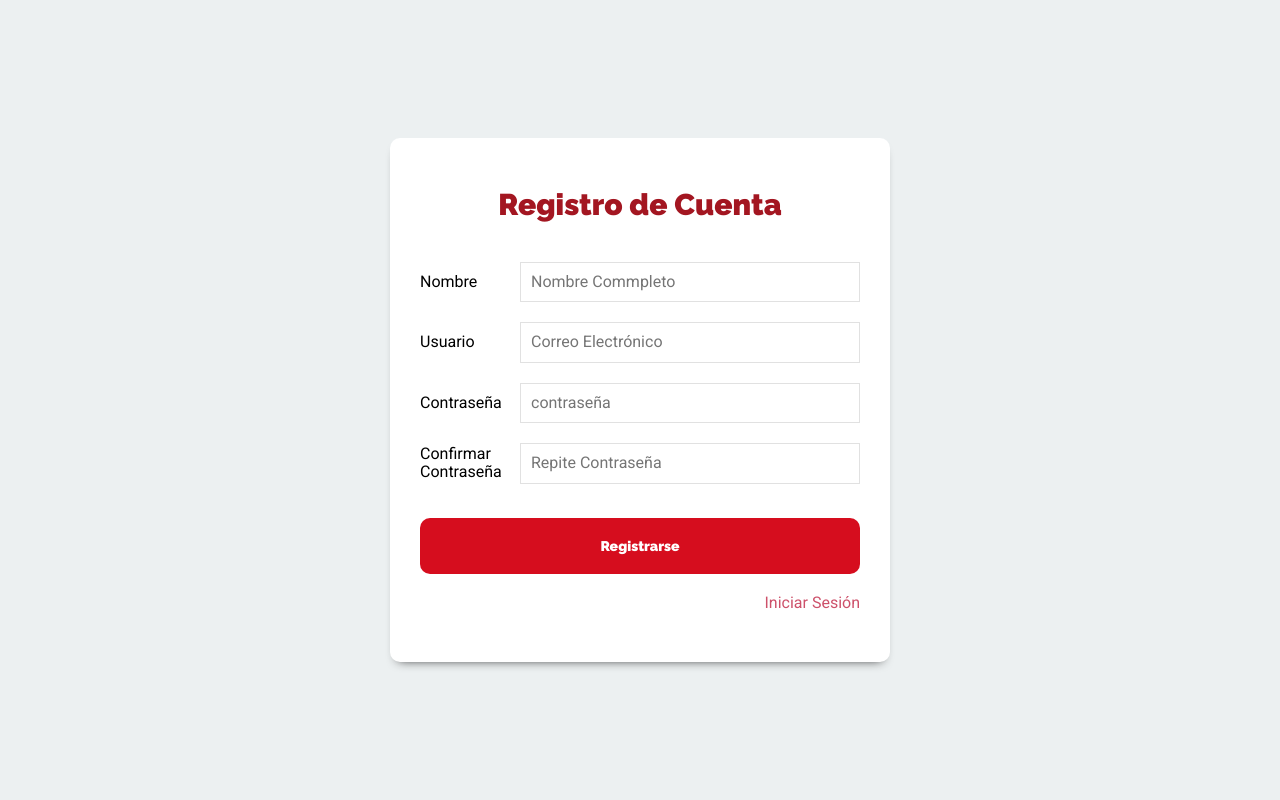
Repository: andrescovarrubias/admin-proyectos
Page: /nueva-cuenta (app in cliente/)
These files come from the project's save history. The page is drawn as it stood at one moment and after the next save; the edit follows.
The browser window is 1280 px wide. The pictures show the whole page.
The project was rebuilt for these pictures with package versions that can differ from the ones it lists, and the page was loaded fresh each time. Also part of the build but not shown: cliente/src/components/auth/Login.jsx, cliente/src/components/proyectos/NuevoProyecto.jsx, cliente/src/components/layout/SideBar.jsx, cliente/src/components/proyectos/Proyectos.jsx.

Above is the page before, as saved 2020-10-31 17:20:58.

After the next save:
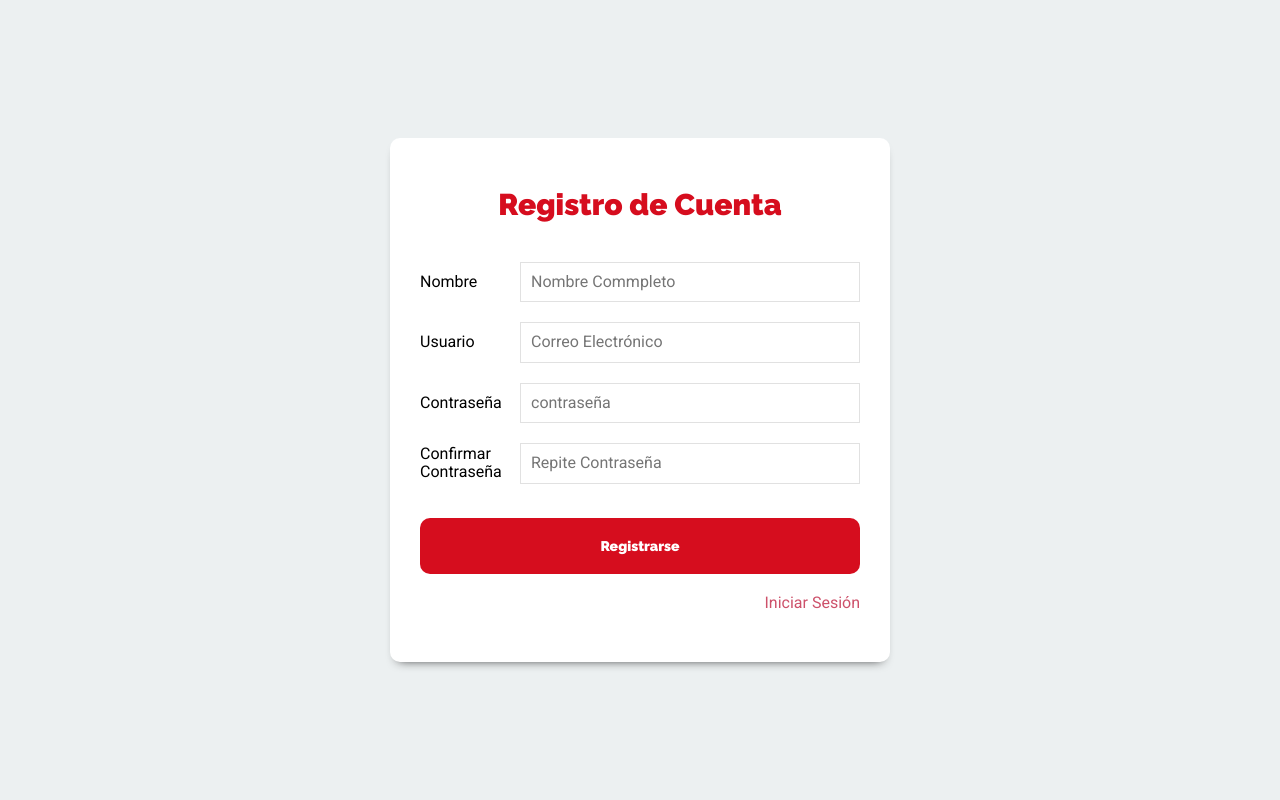
Saved 29 s later.
--- a/cliente/src/index.css
+++ b/cliente/src/index.css
@@ -300,7 +300,7 @@ aside {
   border-radius: 1rem;
 }
 .contenedor-form h1 {
-  color: #a31621;
+  color: var(--rojo);
 }
 
 .campo-form {
